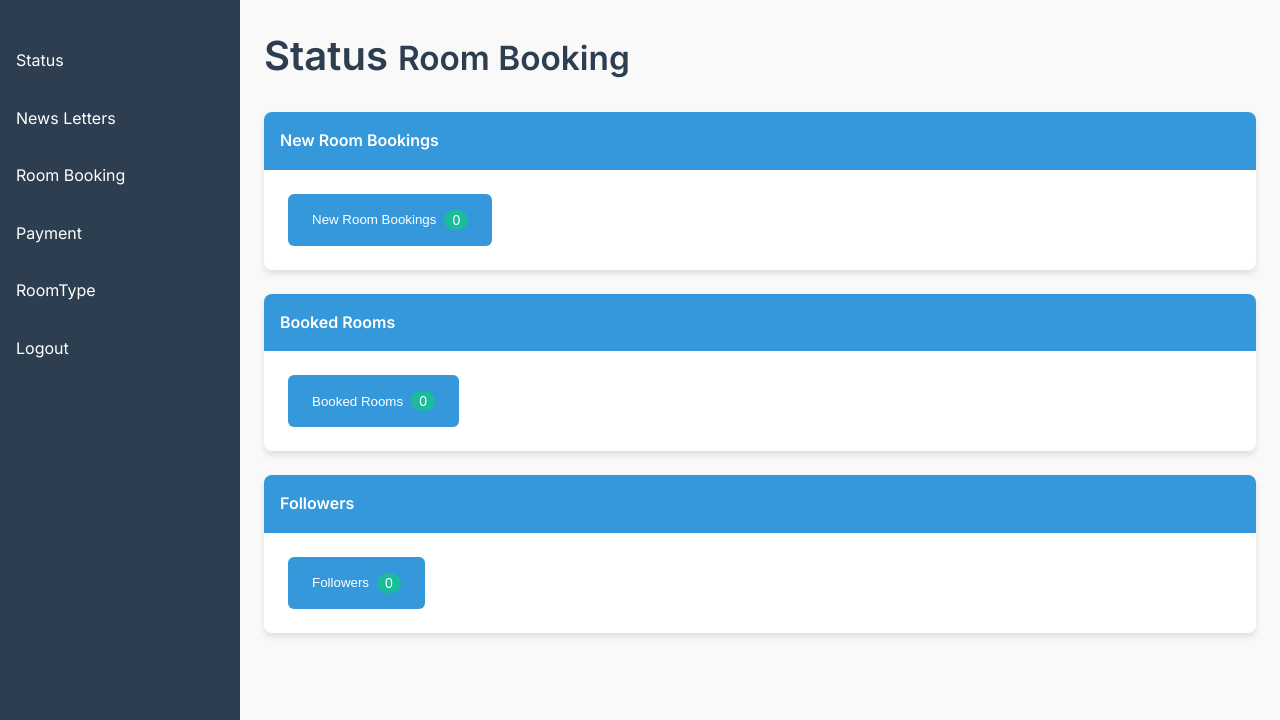
Repository: Trikisalem/examentp_jakarta
Page: http://localhost/hotel/admin/home.jsp
An editor plug-in stored every save of this project. The page is shown before and after the next save, followed by the edit.
The browser window is 1280 px wide. The pictures show the whole page.
The page is served by Tomcat 10. Other server files are loaded and not shown.

Above is the page before, as saved 2024-12-14 00:13:27.

### hotel/src/main/webapp/admin/home.jsp
<%@page import="java.sql.*" errorPage="error.jsp"%>
<!DOCTYPE html>
<html xmlns="http://www.w3.org/1999/xhtml">
<head>
    <meta charset="utf-8" />
    <meta name="viewport" content="width=device-width, initial-scale=1.0" />
    <title>Administrator</title>

    <link href="https://fonts.googleapis.com/css2?family=Inter:wght@300;400;600&display=swap" rel="stylesheet">

    <style>
        :root {
            /* Color Palette */
            --primary-color: #3498db;
            --secondary-color: #2c3e50;
            --accent-color: #1abc9c;
            --background-light: #f9f9f9;
            --text-color: #333;
            --white: #ffffff;

            /* Typography */
            --font-main: 'Inter', 'Arial', sans-serif;
            --font-size-base: 16px;
            --font-size-large: 1.25rem;
            --font-size-small: 0.875rem;

            /* Spacing */
            --spacing-xs: 0.5rem;
            --spacing-sm: 1rem;
            --spacing-md: 1.5rem;
            --spacing-lg: 2rem;

            /* Shadows & Transitions */
            --box-shadow: 0 4px 6px rgba(0, 0, 0, 0.1);
            --transition-speed: 0.3s;
        }

        /* Reset & Base Styles */
        * {
            margin: 0;
            padding: 0;
            box-sizing: border-box;
        }

        body {
            font-family: var(--font-main);
            background-color: var(--background-light);
            color: var(--text-color);
            line-height: 1.6;
            font-size: var(--font-size-base);
        }

        /* Typography */
        h1.page-header {
            color: var(--secondary-color);
            font-size: 2.5rem;
            margin-bottom: var(--spacing-md);
            font-weight: 600;
        }

        /* Layout */
        #wrapper {
            display: flex;
        }

        /* Navigation */
        .navbar-default {
            background-color: var(--secondary-color);
            padding: var(--spacing-sm) var(--spacing-md);
            box-shadow: var(--box-shadow);
        }

        .navbar-brand {
            color: var(--white);
            font-weight: bold;
            font-size: var(--font-size-large);
            text-decoration: none;
        }

        .navbar-nav {
            display: flex;
            list-style: none;
        }

        .navbar-nav li a {
            color: var(--white);
            padding: var(--spacing-sm);
            text-decoration: none;
            transition: background-color var(--transition-speed);
        }

        .navbar-nav li a:hover {
            background-color: var(--accent-color);
        }

        /* Side Navbar */
        .navbar-side {
            background-color: var(--secondary-color);
            width: 240px;
            height: 100vh;
            position: fixed;
            left: 0;
            top: 0;
            padding-top: var(--spacing-lg);
        }

        .navbar-side ul {
            list-style-type: none;
            padding: 0;
        }

        .navbar-side ul li a {
            display: block;
            padding: var(--spacing-sm);
            color: var(--white);
            text-decoration: none;
            transition: background-color var(--transition-speed);
        }

        .navbar-side ul li a:hover,
        .navbar-side ul li.active-menu a {
            background-color: var(--accent-color);
        }

        /* Page Wrapper */
        #page-wrapper {
            margin-left: 240px;
            flex-grow: 1;
            padding: var(--spacing-md);
        }

        /* Panels */
        .panel {
            background-color: var(--white);
            border-radius: 8px;
            box-shadow: var(--box-shadow);
            margin-bottom: var(--spacing-md);
            overflow: hidden;
        }

        .panel-heading {
            background-color: var(--primary-color);
            color: var(--white);
            padding: var(--spacing-sm);
            font-weight: bold;
        }

        .panel-body {
            padding: var(--spacing-md);
        }

        /* Buttons */
        .btn {
            display: inline-flex;
            align-items: center;
            padding: var(--spacing-sm) var(--spacing-md);
            border-radius: 6px;
            border: none;
            cursor: pointer;
            transition:
                background-color var(--transition-speed),
                transform var(--transition-speed);
        }

        .btn-primary {
            background-color: var(--primary-color);
            color: var(--white);
        }

        .btn-primary:hover {
            background-color: color-mix(in srgb, var(--primary-color) 90%, white);
            transform: translateY(-2px);
        }

        /* Badge */
        .badge {
            background-color: var(--accent-color);
            color: var(--white);
            border-radius: 12px;
            padding: 2px 8px;
            font-size: var(--font-size-small);
            margin-left: var(--spacing-xs);
        }

        /* Responsive Design */
        @media screen and (max-width: 768px) {
            .navbar-side {
                width: 100%;
                height: auto;
                position: relative;
            }

            #page-wrapper {
                margin-left: 0;
            }
        }

        /* Dark Mode Support */
        @media (prefers-color-scheme: dark) {
            :root {
                --background-light: #121212;
                --text-color: #e0e0e0;
                --white: #1e1e1e;
            }

            body {
                background-color: var(--background-light);
                color: var(--text-color);
            }

            .panel {
                background-color: #1e1e1e;
            }
        }
    </style>
</head>

<body>
    <div id="wrapper">


        <nav class="navbar-side">
            <ul class="nav">
                <li><a class="active-menu" href="home.jsp"><i class="fa fa-dashboard"></i> Status</a></li>
                <li><a href="messages.jsp"><i class="fa fa-desktop"></i> News Letters</a></li>
                <li><a href="roombook.jsp"><i class="fa fa-bar-chart-o"></i> Room Booking</a></li>
                <li><a href="payment.jsp"><i class="fa fa-qrcode"></i> Payment</a></li>
                <li><a href="roomtypes.jsp"><i class="fa fa-qrcode"></i> RoomType</a></li>
                <li><a href="logout.jsp"><i class="fa fa-sign-out fa-fw"></i> Logout</a></li>
            </ul>
        </nav>

        <div id="page-wrapper">
            <div class="row">
                <div class="col-md-12">
                    <h1 class="page-header">
                        Status <small>Room Booking</small>
                    </h1>
                </div>
            </div>

            <div class="row">
                <div class="col-md-12">
                    <div class="panel">
                        <div class="panel-heading">
                            New Room Bookings
                        </div>
                        <div class="panel-body">
                            <button class="btn btn-primary" type="button">
                                New Room Bookings <span class="badge">0</span>
                            </button>
                        </div>
                    </div>
                </div>
            </div>

            <div class="row">
                <div class="col-md-12">
                    <div class="panel">
                        <div class="panel-heading">
                            Booked Rooms
                        </div>
                        <div class="panel-body">
                            <button class="btn btn-primary" type="button">
                                Booked Rooms <span class="badge">0</span>
                            </button>
                        </div>
                    </div>
                </div>
            </div>

            <div class="panel">
                <div class="panel-heading">
                    Followers
                </div>
                <div class="panel-body">
                    <button class="btn btn-primary" type="button">
                        Followers <span class="badge">0</span>
                    </button>
                </div>
            </div>
        </div>
    </div>
</body>
</html>

After the next save:
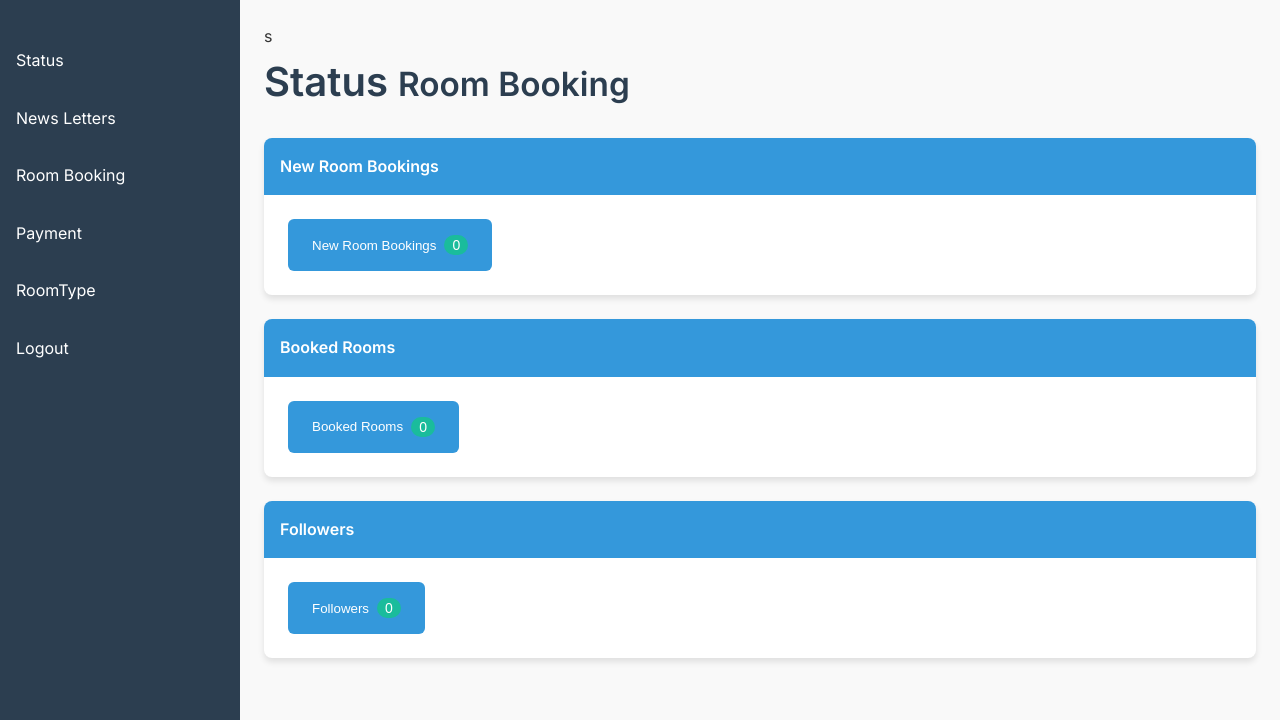
Saved 40 s later.
--- a/hotel/src/main/webapp/admin/home.jsp
+++ b/hotel/src/main/webapp/admin/home.jsp
@@ -225,12 +225,12 @@
                 <li><a href="messages.jsp"><i class="fa fa-desktop"></i> News Letters</a></li>
                 <li><a href="roombook.jsp"><i class="fa fa-bar-chart-o"></i> Room Booking</a></li>
                 <li><a href="payment.jsp"><i class="fa fa-qrcode"></i> Payment</a></li>
-                <li><a href="roomtypes.jsp"><i class="fa fa-qrcode"></i> RoomType</a></li>
+                <li><a href="profit.jsp"><i class="fa fa-qrcode"></i> RoomType</a></li>
                 <li><a href="logout.jsp"><i class="fa fa-sign-out fa-fw"></i> Logout</a></li>
             </ul>
         </nav>
 
-        <div id="page-wrapper">
+        <div id="page-wrapper">s
             <div class="row">
                 <div class="col-md-12">
                     <h1 class="page-header">
